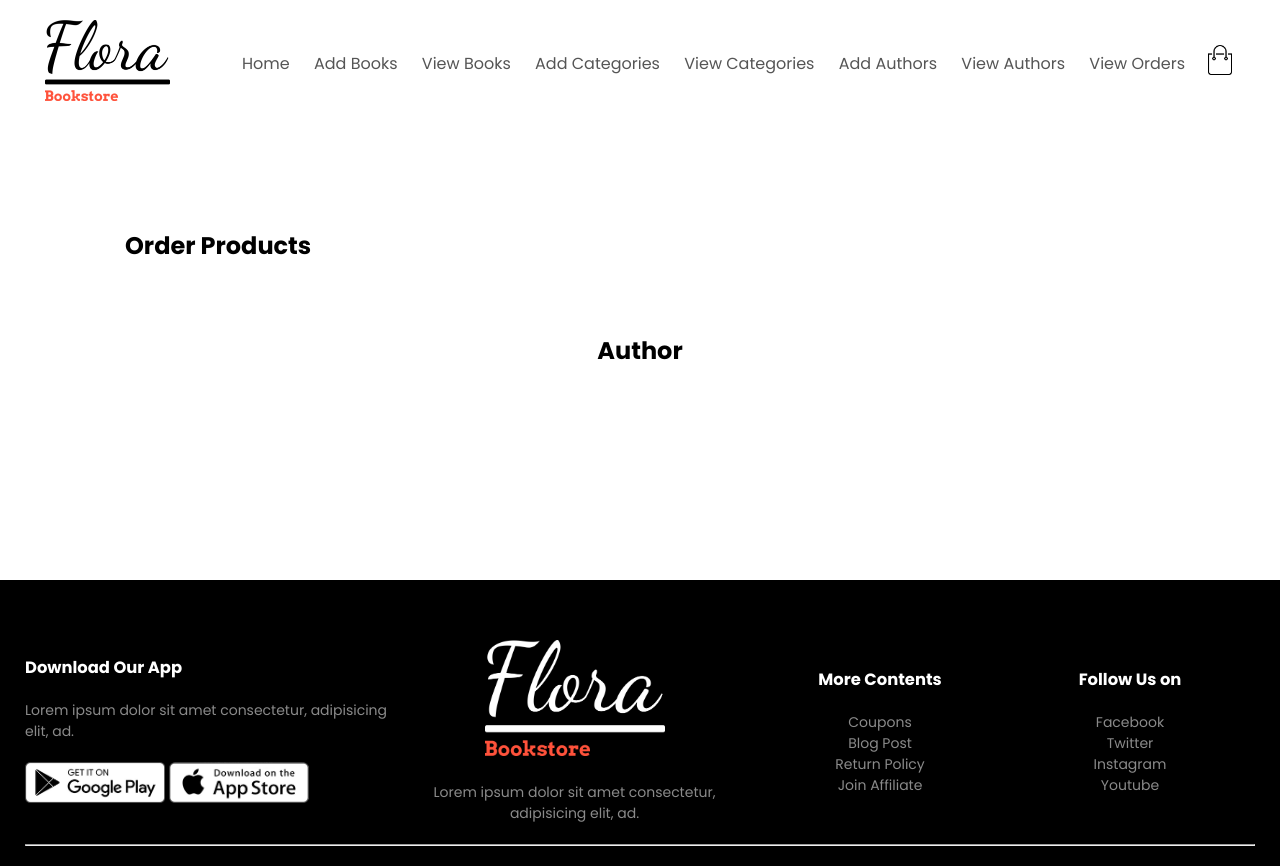
Repository: Uncaught-TypeError/Book-Store-System
Page: http://localhost/detailorder
These files come from the project's save history. The page is drawn as it stood at one moment and after the next save; the edit follows.
The browser window is 1280 px wide. The pictures show the whole page.
Some web libraries are served in a nearby version. The page is this project's Thymeleaf template; nobody is signed in. The template is opened directly, without the code that normally fills it, so the values that code supplies are empty.

Above is the page before, as saved 2022-12-30 16:52:42.

After the next save:
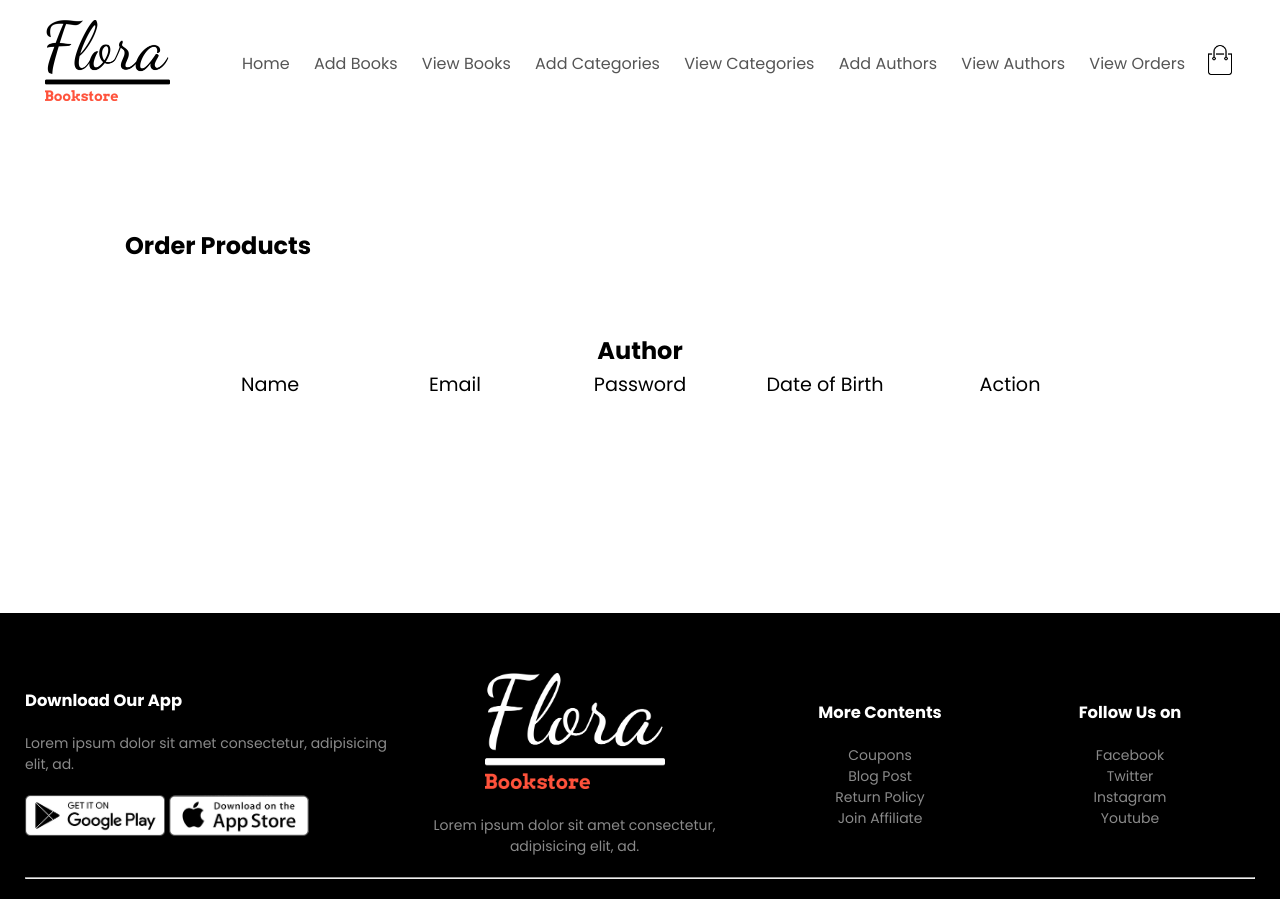
Saved 3 min 26 s later.
--- a/Thymeleaf_Projects_Book_Store/src/main/resources/templates/detailorder.html
+++ b/Thymeleaf_Projects_Book_Store/src/main/resources/templates/detailorder.html
@@ -67,7 +67,7 @@
                     <input type="search" placeholder="Search Author" th:name="search">
                     <button class="search-btn" type="submit" value="Search">Search</button>
                 </form> -->
-                <!-- <table class="table table-striped table-hover author-table">
+                <table class="table table-striped table-hover author-table">
                     <thead>
                         <tr>
                             <th>Name</th>
@@ -89,7 +89,7 @@
                             </td>
                         </tr>
                     </tbody>
-                </table> -->
+                </table>
             </div>
         </div>
         <!-- <div class="page-btn">
